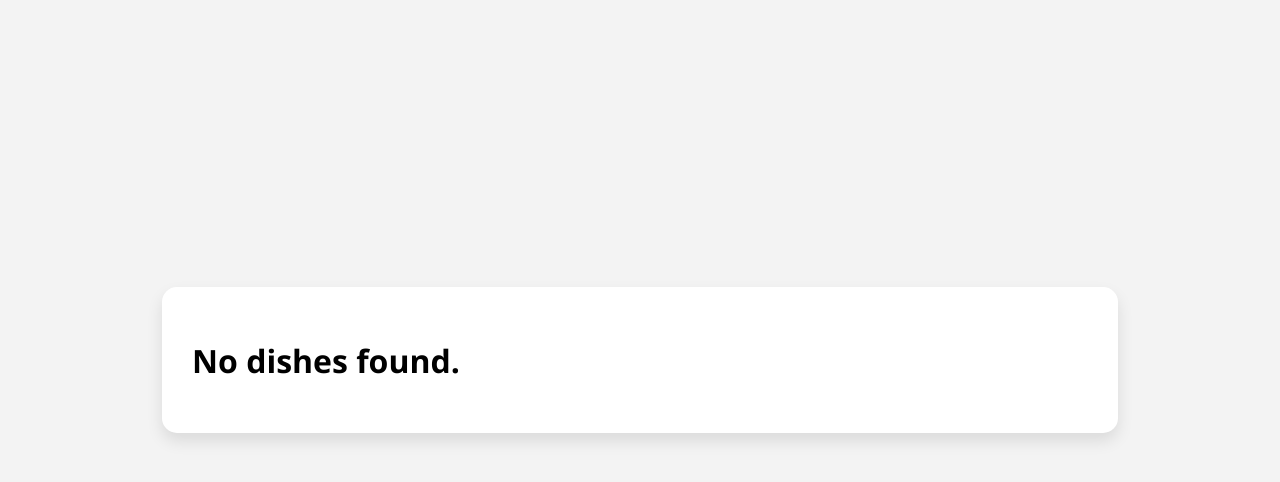
Repository: Rupeswarbhainsa777/Food-Web-App
Page: http://localhost/TapFoodApp/Menue12.jsp
The author's editor kept a copy of each file at every save. The page is drawn from the files as they stood at one save, then again after the next save.
The browser window is 1280 px wide. The pictures show the whole page.
The page is served by Tomcat 10. Nobody is signed in. The application's start-up code is not run. Other server files are loaded and not shown. Queries for data that is not in the repository find no rows.

Above is the page before, as saved 2025-05-03 13:39:27.

### TapFoodApp/src/main/webapp/Menue12.jsp
<%@ page language="java" contentType="text/html; charset=UTF-8" pageEncoding="UTF-8"%>
<%@ page import="java.util.List" %>
<%@ page import="com.tap.modeal.Dish" %>
<%@ page import="com.tap.DaoImple.DishDAOImp" %>

<%
    DishDAOImp dishDAO = new DishDAOImp();
    List<Dish> menuList = dishDAO.getAllDishes();
%>

<!DOCTYPE html>
<html lang="en">
<head>
    <meta charset="UTF-8">
    <title>Swipeable Food Menu</title>
    <meta name="viewport" content="width=device-width, initial-scale=1.0">

    <!-- Swiper CSS -->
    <link rel="stylesheet" href="https://cdn.jsdelivr.net/npm/swiper/swiper-bundle.min.css"/>

    <style>
        body {
            font-family: 'Segoe UI', sans-serif;
            background: #f3f3f3;
            margin: 0;
            padding: 0;
        }

        .swiper {
            width: 100%;
            height: 100vh;
        }

        .swiper-slide {
            display: flex;
            justify-content: center;
            align-items: center;
        }

        .card {
            display: flex;
            flex-direction: row;
            align-items: center;
            justify-content: space-between;
            background-color: white;
            border-radius: 15px;
            box-shadow: 0 8px 16px rgba(0, 0, 0, 0.1);
            padding: 30px;
            width: 70vw;
            max-width: 900px;
            gap: 30px;
        }

        .text {
            flex: 1;
        }

        .text h3 {
            color: green;
            font-size: 18px;
            margin: 0;
        }

        .text h1 {
            font-size: 36px;
            margin: 10px 0;
            color: #14213d;
        }

        .text p {
            font-size: 16px;
            color: #555;
            margin-bottom: 20px;
        }

        .text button {
            padding: 10px 25px;
            background: #14213d;
            color: white;
            border: none;
            border-radius: 25px;
            cursor: pointer;
            transition: background 0.3s ease;
        }

        .text button:hover {
            background: #1a1a2e;
        }

        .image img {
            width: 250px;
            height: auto;
            border-radius: 12px;
            object-fit: cover;
        }

        .swiper-pagination {
            bottom: 15px;
        }

        @media screen and (max-width: 768px) {
            .card {
                flex-direction: column;
                text-align: center;
                padding: 20px;
            }

            .image img {
                width: 200px;
            }
        }
    </style>
</head>
<body>

<div class="swiper">
    <div class="swiper-wrapper">
        <%
            if (menuList != null && !menuList.isEmpty()) {
                for (Dish dish : menuList) {
        %>
        <div class="swiper-slide">
            <div class="card">
                <div class="text">
                    <h3>Special Dish</h3>
                    <h1><%= dish.getName() %></h1>
                    <p><%= dish.getDescription() %></p>
                    <button>Order Now</button>
                </div>
                <div class="image">
                    <img src="<%= dish.getImagePath() %>" alt="<%= dish.getName() %> Image">
                </div>
            </div>
        </div>
        <%
                }
            } else {
        %>
        <div class="swiper-slide">
            <div class="card">
                <h1>No dishes found.</h1>
            </div>
        </div>
        <%
            }
        %>
    </div>
    <!-- Pagination Dots -->
    <div class="swiper-pagination"></div>
</div>

<!-- Swiper JS -->
<script src="https://cdn.jsdelivr.net/npm/swiper/swiper-bundle.min.js"></script>
<script>
    const swiper = new Swiper('.swiper', {
        loop: true,
        pagination: {
            el: '.swiper-pagination',
            clickable: true,
        },
        grabCursor: true,
        autoplay: {
            delay: 4000,
            disableOnInteraction: false,
        },
        touchEventsTarget: 'container',
        spaceBetween: 30,
    });
</script>

</body>
</html>

### TapFoodApp/src/main/java/com/tap/Dao/Dishdao.java
package com.tap.Dao;
import java.util.*;

import com.tap.modeal.Dish;

public interface Dishdao
{
	Dish getSpecialDish();
   List<Dish> getAllDishes();
}

### TapFoodApp/src/main/java/com/tap/DaoImple/DishDAOImp.java
package com.tap.DaoImple;

import java.sql.Connection;
import java.sql.DriverManager;
import java.sql.PreparedStatement;
import java.sql.ResultSet;
import java.sql.SQLException;
import java.sql.Statement;
import java.util.ArrayList;
import java.util.List;

import com.tap.Dao.Dishdao;
import com.tap.modeal.Dish;
import com.tap.modeal.Restaurant;

public class DishDAOImp implements Dishdao {

	private final String url = "jdbc:mysql://localhost:3306/foodapp";
	private final String username = "root";
	private final String password = "@sumit222";
	private final String sql = "SELECT * FROM `dish` WHERE `id` = 1";
	private final String selectAll = "SELECT * FROM `dish`";
    String insertQuery = "INSERT INTO `dish` (`name`, `description`, `imagepath`) VALUES (?, ?, ?)";


	PreparedStatement ps = null;
	ResultSet rs = null;
	Connection con = null;

	public DishDAOImp() {
		try {
			Class.forName("com.mysql.cj.jdbc.Driver");

			con = DriverManager.getConnection(url, username, password);
		} catch (Exception e) {
			// TODO Auto-generated catch block
			e.printStackTrace();
		}

	}

	@Override
	public List<Dish> getAllDishes() {
	    List<Dish> list = new ArrayList<>();


	    try (Statement stmt = con.createStatement();
	         ResultSet rs = stmt.executeQuery(selectAll)) {

	        while (rs.next()) {
	            Dish dish = mapAllDish(rs);
	            if (dish != null) {
	                list.add(dish);
	            }
	        }
	    } catch (SQLException e) {
	        e.printStackTrace();
	    }

	    return list;
	}


	private Dish mapAllDish(ResultSet re) {
	    try {

	        String name = re.getString("name");
	        String des = re.getString("description");
	        String imagePath = re.getString("imagepath");



	        return new Dish(name, des, imagePath);
	    } catch (SQLException e) {
	        e.printStackTrace();
	        return null; // Optional: return null to indicate failure
	    }
	}


	@Override
	public Dish getSpecialDish() {
		Dish dish = null;

		try {
			ps = con.prepareStatement(sql);
			rs = ps.executeQuery();

			if (rs.next()) {
				dish = new Dish();
				dish.setId(rs.getInt("id"));
				dish.setName(rs.getString("name"));
				dish.setDescription(rs.getString("description"));
				dish.setImagePath(rs.getString("imagepath"));

			}

		} catch (Exception e) {

		}

		return dish;
	}
	public boolean addDish(Dish dish) {

	    try (
	    PreparedStatement ps = con.prepareStatement(insertQuery)) {
	        ps.setString(1, dish.getName());
	        ps.setString(2, dish.getDescription());
	        ps.setString(3, dish.getImagePath());


	        int rows = ps.executeUpdate();
	        return rows > 0;
	    } catch (SQLException e) {
	        e.printStackTrace();
	        return false;
	    }
	}

}

After the next save:
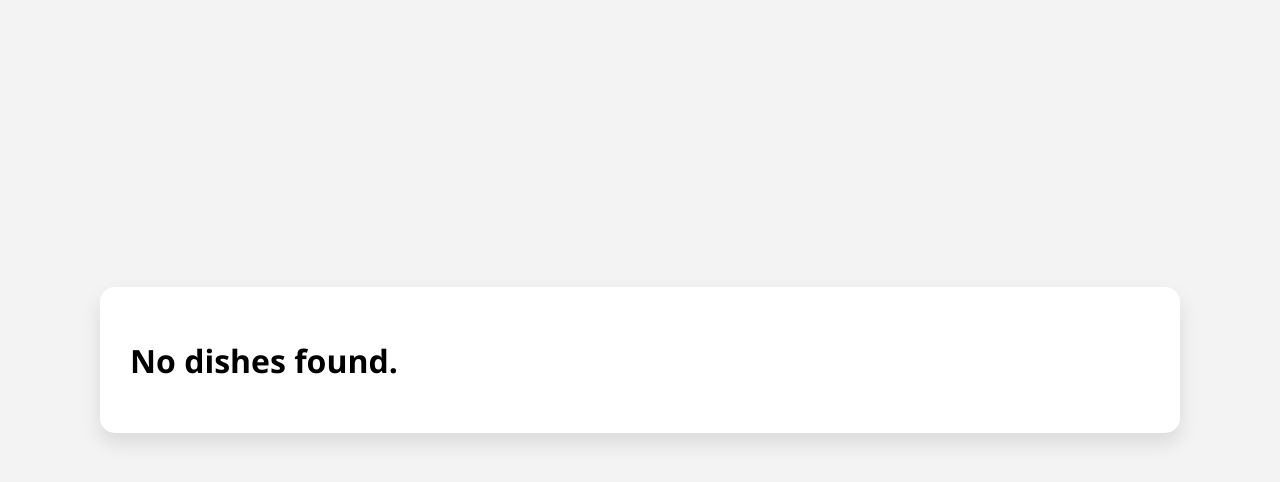
Saved 84 s later.
--- a/TapFoodApp/src/main/webapp/Menue12.jsp
+++ b/TapFoodApp/src/main/webapp/Menue12.jsp
@@ -37,19 +37,21 @@
             align-items: center;
         }
 
-        .card {
-            display: flex;
-            flex-direction: row;
-            align-items: center;
-            justify-content: space-between;
-            background-color: white;
-            border-radius: 15px;
-            box-shadow: 0 8px 16px rgba(0, 0, 0, 0.1);
-            padding: 30px;
-            width: 70vw;
-            max-width: 900px;
-            gap: 30px;
-        }
+      .card {
+    display: flex;
+    flex-direction: row;
+    flex-wrap: wrap;
+    background: white;
+    border-radius: 15px;
+    box-shadow: 0 10px 20px rgba(0,0,0,0.1);
+    padding: 30px;
+    width: 108vw; /* increased by 20% */
+    max-width: 1020px; /* also increased */
+    align-items: center;
+    justify-content: space-between;
+    gap: 30px;
+}
+
 
         .text {
             flex: 1;
